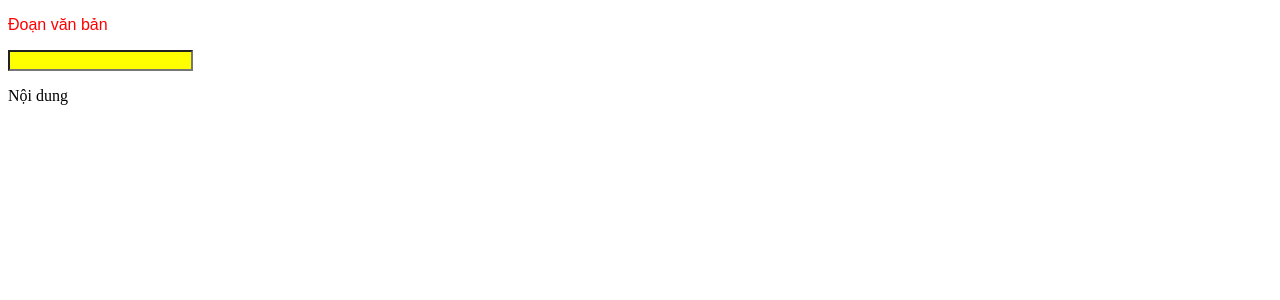
Repository: vnmk1/jsp_servlet-tutorials
Page: Bai3_CSS/src/main/webapp/vidu.html
The author's editor kept a copy of each file at every save. The page is drawn from the files as they stood at one save, then again after the next save.
The browser window is 1280 px wide. The pictures show the whole page.

Above is the page before, as saved 2023-07-15 10:37:36.

### Bai3_CSS/src/main/webapp/vidu.html
<!DOCTYPE html>
<html>
<head>
<meta charset="UTF-8">
<title>Insert title here</title>
<link rel="stylesheet" type="text/css href="css/mystyle.css"/>

</head>
<body>
	<!-- Inline Style Sheet -->
	<p style="color: red; font-size:10; font-family: Arial;">
		Đoạn văn bản
	</p>

	<input type="text" style="background-color: yellow;" />

	<p>Nội dung</p>
</body>
</html>

After the next save:
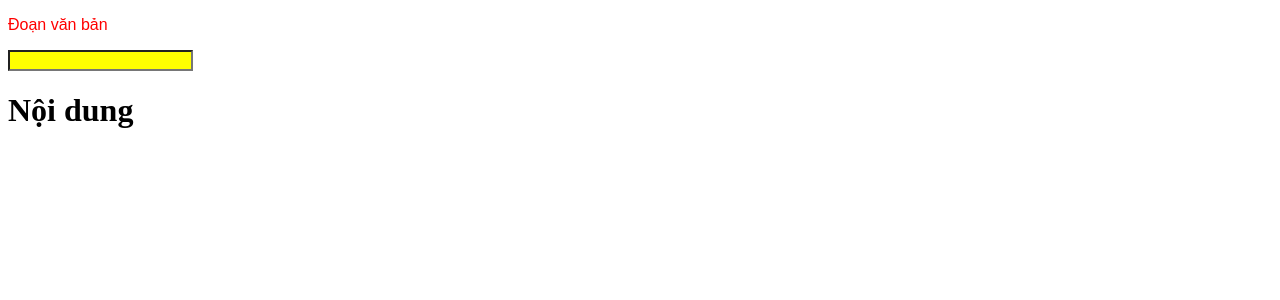
Saved 14 s later.
--- a/Bai3_CSS/src/main/webapp/vidu.html
+++ b/Bai3_CSS/src/main/webapp/vidu.html
@@ -14,6 +14,6 @@
 
 	<input type="text" style="background-color: yellow;" />
 
-	<p>Nội dung</p>
+	<h1>Nội dung</h1>
 </body>
 </html>

After the save that followed:
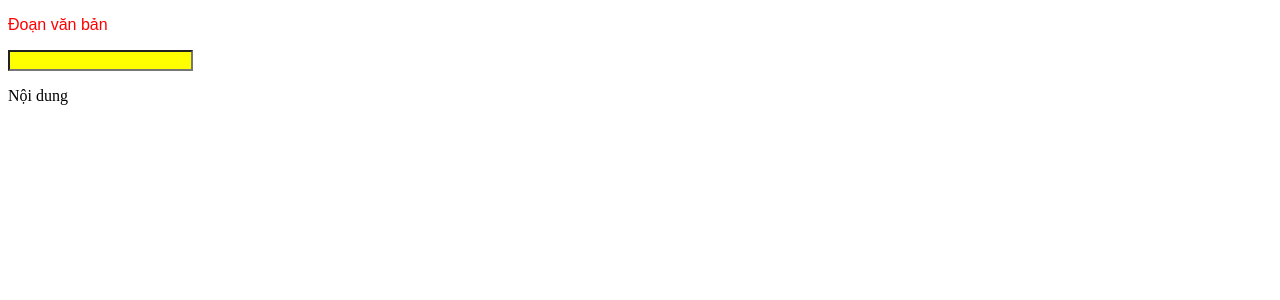
Saved 6 s later.
--- a/Bai3_CSS/src/main/webapp/vidu.html
+++ b/Bai3_CSS/src/main/webapp/vidu.html
@@ -14,6 +14,6 @@
 
 	<input type="text" style="background-color: yellow;" />
 
-	<h1>Nội dung</h1>
+	<p>Nội dung</p>
 </body>
 </html>
